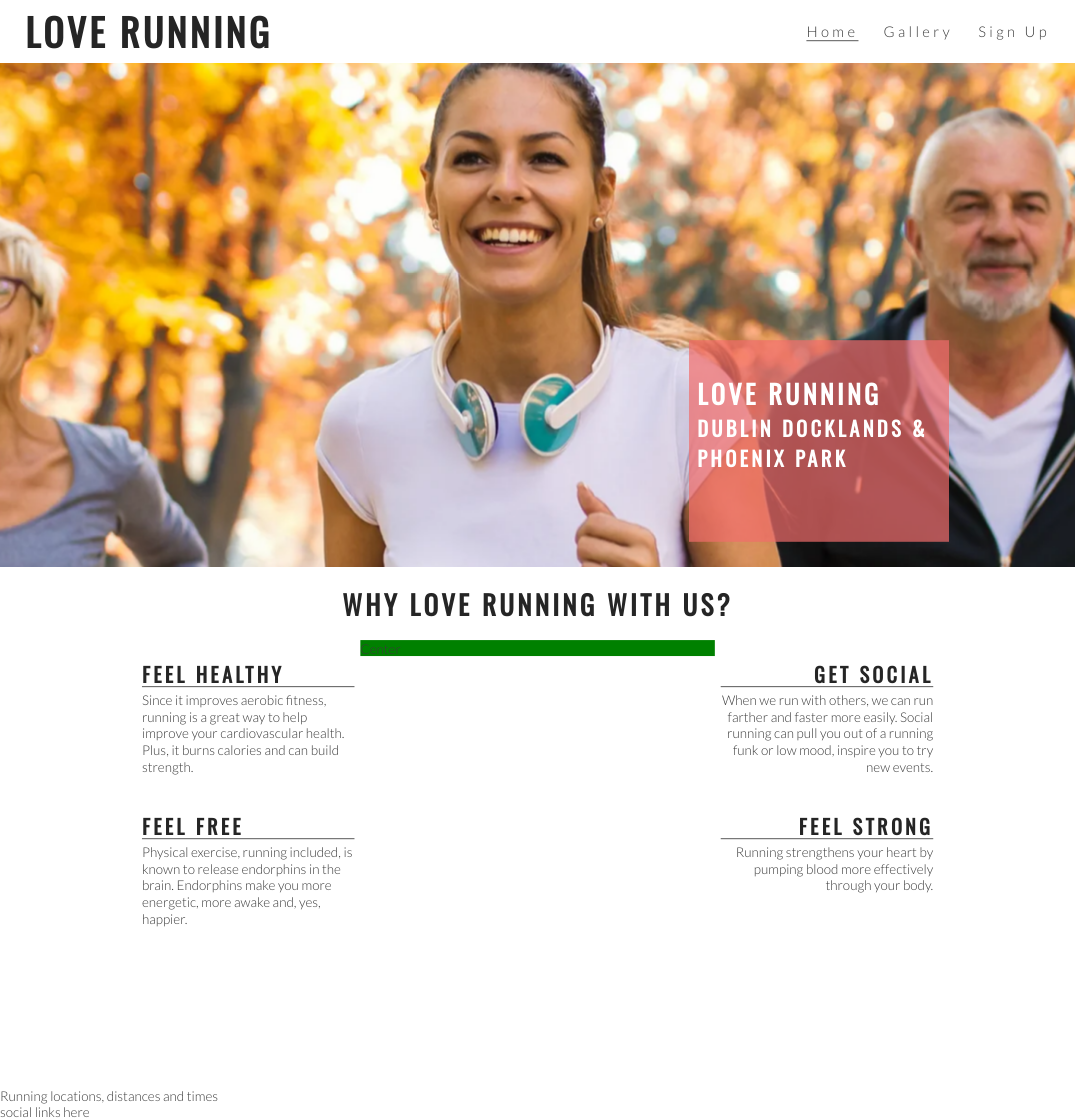
Repository: dcsndevs/love-running
Page: index.html
The author's editor kept a copy of each file at every save. The page is drawn from the files as they stood at one save, then again after the next save.
The browser window is 1280 px wide. The pictures show the whole page, at 84% of full size.

Above is the page before, as saved 2023-06-21 09:56:27.

### index.html
<!DOCTYPE html>
<html lang="en">

<head>
    <meta charset="UTF-8">
    <meta name="viewport" content="width=device-width, initial-scale=1.0">
    <meta name="description" content="Love Running club for runners in Dublin, Ireland">
    <meta name="keywords" content="love running, running club, ireland, dublin">

    <link rel="stylesheet" href="assets/css/style.css">
    <title>Love Running</title>
</head>

<body>
    <header>
        <a href="index.html">
            <h1 id="logo">Love Running</h1>
        </a>
        <nav>
            <ul id="menu">
                <li>
                    <a href="#">Sign Up</a>
                </li>
                <li>
                    <a href="#">Gallery</a>
                </li>
                <li>
                    <a href="index.html" class="active">Home</a>
                </li>
            </ul>
        </nav>
    </header>
    <section id="hero-outer">
        <div id="hero-image"></div>
        <div id="cover-text">
            <h2>Love Running</h2>
            <h3>Dublin Docklands & Phoenix Park</h3>
        </div>
    </section>
    <section id="club-ethos">
        <h2 id="welcome">Why Love Running With Us?</h2>
        <div id="left-about">
            <div class="left-about-heading">
                <h2>Feel Healthy</h2>
                <hr>
                <p>
                    Since it improves aerobic fitness, running is a great way to help improve your cardiovascular
                    health. Plus, it burns calories and can build strength.
                </p>
            </div>
            <div class="left-about-heading">
                <h2>Feel Free</h2>
                <hr>
                <p>
                    Physical exercise, running included, is known to release endorphins in the brain. Endorphins make
                    you more energetic, more awake and, yes, happier.
                </p>
            </div>
        </div>
        <div id="right-about">
            <div class="right-about-heading">
                <h2>Get Social</h2>
                <hr>
                <p>
                    When we run with others, we can run farther and faster more easily. Social running can pull you out
                    of a running funk or low mood, inspire you to try new events.
                </p>
            </div>
            <div class="right-about-heading">
                <h2>Feel Strong</h2>
                <hr>
                <p>
                    Running strengthens your heart by pumping blood more effectively through your body.
                </p>
            </div>
        </div>
        <div id="center-about">Center</div>
    </section>
    <section>
        Running locations, distances and times
    </section>
    <footer>
        social links here
    </footer>
</body>

</html>

### assets/css/style.css
@import url('https://fonts.googleapis.com/css2?family=Lato:wght@300&family=Oswald&display=swap');

* {
    margin: 0;
    padding: 0;
    border: none;
}

body {
    font-family: Lato, sans-serif;
    font-weight: 300;
    color: #3a3a3a;
}

/* headings and logo */

h1,
h2 {
    font-family: Oswald, sans-serif;
    text-transform: uppercase;
    letter-spacing: 4px;
    color: #252525;
}

#logo {
    float: left;
    font-size: 280%;
    margin-left: 30px;
}

/* navigation links */

#menu {
    font-size: 110%;
    letter-spacing: 4px;
}

#menu,
#logo {
    line-height: 75px;
}

#menu li {
    float: right;
    list-style-type: none;
    margin-right: 30px;
}

#menu a {
    text-decoration: none;
    color: inherit;
}

#menu a:hover {
    border-bottom: 1px solid #3a3a3a;
}

.active {
    border-bottom: 1px solid #3a3a3a;
}

/* hero image and cover text */

#hero-outer {
    height: 600px;
    width: 100%;
    overflow: hidden;

    position: relative;
}

#cover-text,
#cover-text h2 {
    color: #fff;
}

#hero-image {
    height: 600px;
    width: 100%;
    background: url('../images/hero-image.webp') no-repeat center center;

    /* animates zoom effect on loading page */
    animation-name: hero-zoom;
    animation-duration: 5s;
    animation-fill-mode: forwards;
}

/* creates the level of zoom for hero image */
@keyframes hero-zoom {
    from {
        transform: scale(1);
    }

    to {
        transform: scale(1.1);
    }
}

#cover-text {
    font-size: 130%;
    font-family: Oswald, sans-serif;
    text-transform: uppercase;
    letter-spacing: 4px;

    width: 300px;
    height: 200px;

    padding-top: 40px;
    padding-left: 10px;

    background-color: rgba(241, 109, 107, .7);

    bottom: 30px;
    right: 150px;

    position: absolute;
}

/* club ethos */
#club-ethos {
    height: 600px;
}

#left-about {
    padding-top: 30px;
    width: 33%;
    float: left;
}

#right-about {
    padding-top: 30px;
    width: 33%;
    float: right;
}

#center-about {
    width: 33%;
    margin: 0 auto;
    background-color: green;
}

hr {
    border-top: 1px solid #3a3a3a;
    width: 100%;
    margin: 5px 0;
}

.left-about-heading {
    width: 60%;
    float: right;
    line-height: 20px;
    clear: both;
    margin-bottom: 50px;
}

.right-about-heading {
    width: 60%;
    float: left;
    line-height: 20px;
    clear: both;
    margin-bottom: 50px;
}

.right-about-heading h2 {
    text-align: right;
}

.right-about-heading p {
    text-align: right;
}

#welcome {
    text-align: center;
    margin: 20px;
    font-size: 200%;
}

After the next save:
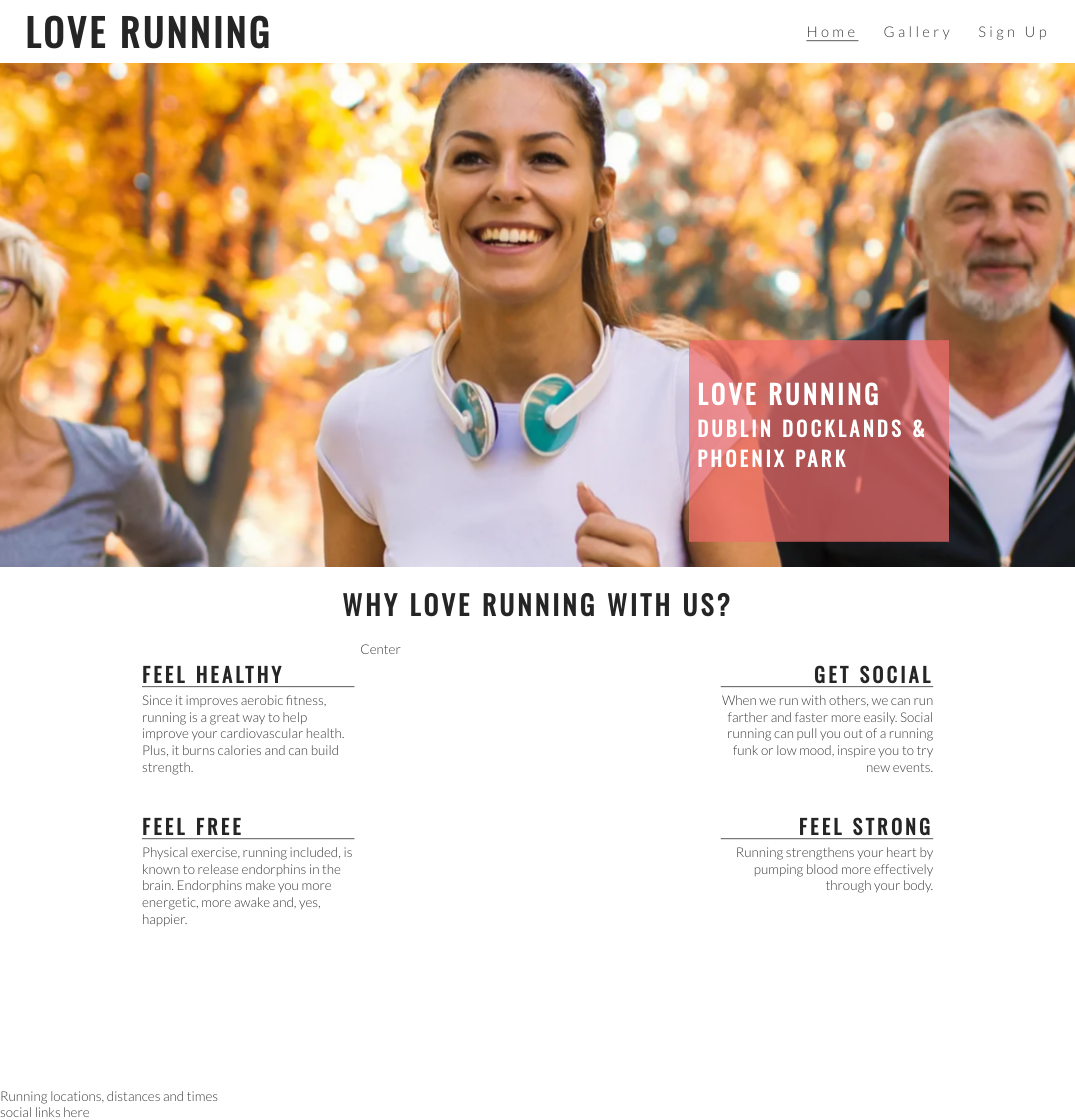
Saved 6 min 45 s later.
--- a/assets/css/style.css
+++ b/assets/css/style.css
@@ -136,7 +136,6 @@ h2 {
 #center-about {
     width: 33%;
     margin: 0 auto;
-    background-color: green;
 }
 
 hr {
@@ -174,3 +173,14 @@ hr {
     margin: 20px;
     font-size: 200%;
 }
+
+#circle-container {
+    width: 300px;
+    height: 300px;
+    padding: 30px;
+    border-style: solid;
+    border-color: #ccc;
+    border-width: 1px;
+    border-radius: 50%;
+    margin: 0 auto;
+}
